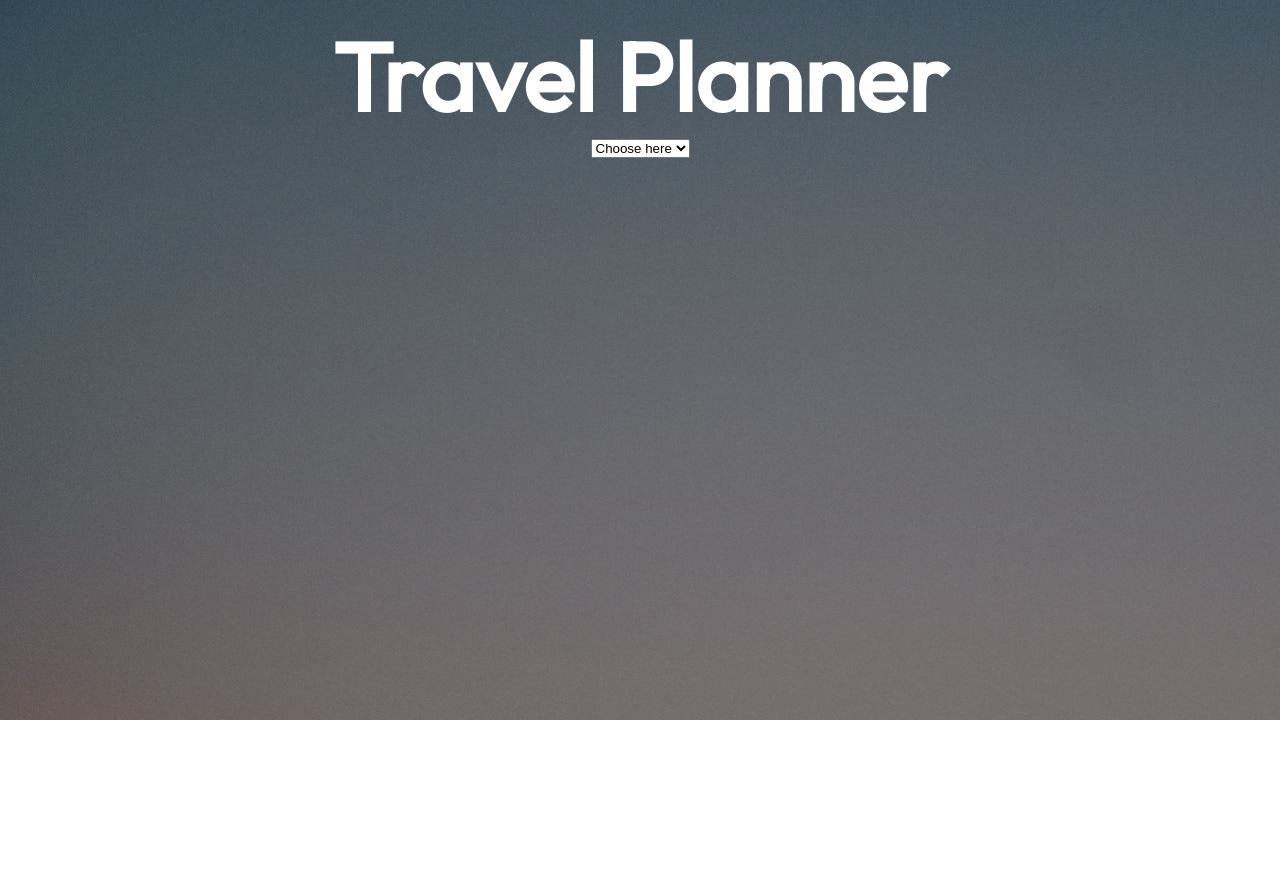
Repository: CPSC2720-LAB-GRP/Travel-Planner
Page: / (app in Travel Planner/client/)
These files come from the project's save history. The page is drawn as it stood at one moment and after the next save; the edit follows.
The browser window is 1280 px wide. The pictures show the whole page.
The page's requests for data from a server got no answer. The project was rebuilt for these pictures with package versions that can differ from the ones it lists, and the page was loaded fresh each time. No one was signed in, and anything a server would have sent is missing.

Above is the page before, as saved 2022-08-01 15:43:15.

### Travel Planner/client/src/index.css
@import url('https://fonts.googleapis.com/css2?family=Outfit&display=swap');


* {
  box-sizing: border-box;
  margin: 0;
  padding: 0;
}

body {
  margin: 0;
  font-family: 'Outfit', 'Segoe UI', 'Roboto', 'Oxygen',
    'Ubuntu', 'Cantarell', 'Fira Sans', 'Droid Sans', 'Helvetica Neue',
    sans-serif;
  -webkit-font-smoothing: antialiased;
  -moz-osx-font-smoothing: grayscale;
}

code {
  font-family: source-code-pro, Menlo, Monaco, Consolas, 'Courier New',
    monospace;
}

p {
    font-size: 1.6rem;
}

h1 {
    font-size: 6rem;
}



.app {
    width:100%;
    height: 100vh;
    position: relative;
    background-color: rgba(0, 0, 0, 0.4);
    color: #fff;
}

.app:before {
  content: '';
  background: url('./assets/picture.jpg');
  position: absolute;
  width: 100%;
  height: 100%;
  top: 0;
  left:0;
  z-index: -1;
}

.app .dropdown {
  text-align: center;
  padding: 1rem;
}

.app input {
  padding: .7rem 1.5rem;
  font-size: 1.2 rem;
  border-radius: 25px;
}

::placeholder {
  color: #f8f8f8;
}

.container {
  max-width: 700px;
  height: 700px;
  margin: auto;
  padding: 0 1rem;
  position: relative;
  top: 10%;
  display: flex;
  flex-direction: column;
  justify-content: space-between;
}

.app .top {
  width: 100%;
  margin: 1rem auto;
}

.app .bottom {
  display: flex;
  justify-content: space-evenly;
  text-align: center;
  width: 100%;
  margin: 1rem auto;
  padding: 1rem;
  border-radius: 12px;
  background-color: rgba(255, 255, 255, 0.2);
}

.bold {
  font-weight: 700;
}

### Travel Planner/client/src/App.js
import React, { useEffect, useState} from 'react'
import axios from 'axios'

function App() {

  //weather api
  let url = 'https://api.openweathermap.org/data/2.5/weather?q=toronto&appid=26fe08b75a89956ef8e86cf1e40c19a1&units=metric'

  //Location Data and setdata
  const [data, setData] = useState({})

  //location and set location
  const [location, setLocation] = useState(null)

  // get location from weather api
  const searchLocation = (event) => {
    axios.get(url).then((response) => {
      setData(response.data)
      console.log(response.data)
    })
    setLocation('')
  }

  //call backend API
  useEffect(() => {
    fetch("/api").then(
      response => response.json()
    ).then (
          data => {
            setCities(data.cities)
          }
    )
  }, [])

  //set backend data
  const [cities, setCities] = useState(null);

  //use state for dropdown
  const [value, setValue] = useState(null);

  //set city
  let foundCity = cities&&cities.find(e => e.id === parseInt(value));
 // url = 'https://api.openweathermap.org/data/2.5/weather?q=' + (foundCity.name) +'&appid=26fe08b75a89956ef8e86cf1e40c19a1&units=metric'

  if (foundCity != null) {
    console.log(foundCity.name);
    let test = 'https://api.openweathermap.org/data/2.5/weather?q=' + (foundCity.name) +'&appid=26fe08b75a89956ef8e86cf1e40c19a1&units=metric';
    console.log(test);
  }

  //handle change for dropdown and setting value and city descriptiion
  const handleChange = (e) => {
    setValue(e.target.value);

    searchLocation();
  };

  return (
    <div className="app">
            <div className="dropdown">
              <h1 >Travel Planner</h1>
          <select value={value} onChange={handleChange}>
          <option value="" selected disabled hidden>Choose here</option>
            {(!cities) ?(
            <p>Loading...</p>):
            (
                cities.map((cities, i) => (
                <option key={i} value={cities.id}>{cities.name}</option>
            ))
            )
          }
          </select>
          </div>
          <div className="weatherApp">
            <div className="container">
              <div className="top">
                  <div className="location">
                  <h2>{foundCity && foundCity.name}</h2>
                  </div>
              <div className="temp">
                  {data.main ? <h1>{data.main.temp}°C</h1> :null}
              </div>
              <div className="description">
              <p>{foundCity && foundCity.description}</p>
              </div>
            </div>

              {data.name != undefined &&
                              <div className="bottom">
                              <div className="feels">
                                {data.main ? <p className="bold">{data.main.feels_like}°C</p> : null}
                                  <p>Feels Like</p>
                              </div>
                              <div className="humidity">
                              {data.main ? <p className="bold">{data.main.humidity}%</p> : null}
                            <p>Humidity</p>
                              </div>
                              <div className="wind">
                              {data.main ? <p className="bold">{data.wind.speed}  KMH</p> : null}
                                <p>Wind Speed</p>
                              </div>
                          </div>
              }
            </div>
          </div>
    </div>

  );
}

export default App

Loaded but not shown: Travel Planner/client/public/index.html (common file); Travel Planner/client/src/index.js (common file); Travel Planner/client/src/reportWebVitals.js (common file)

After the next save:
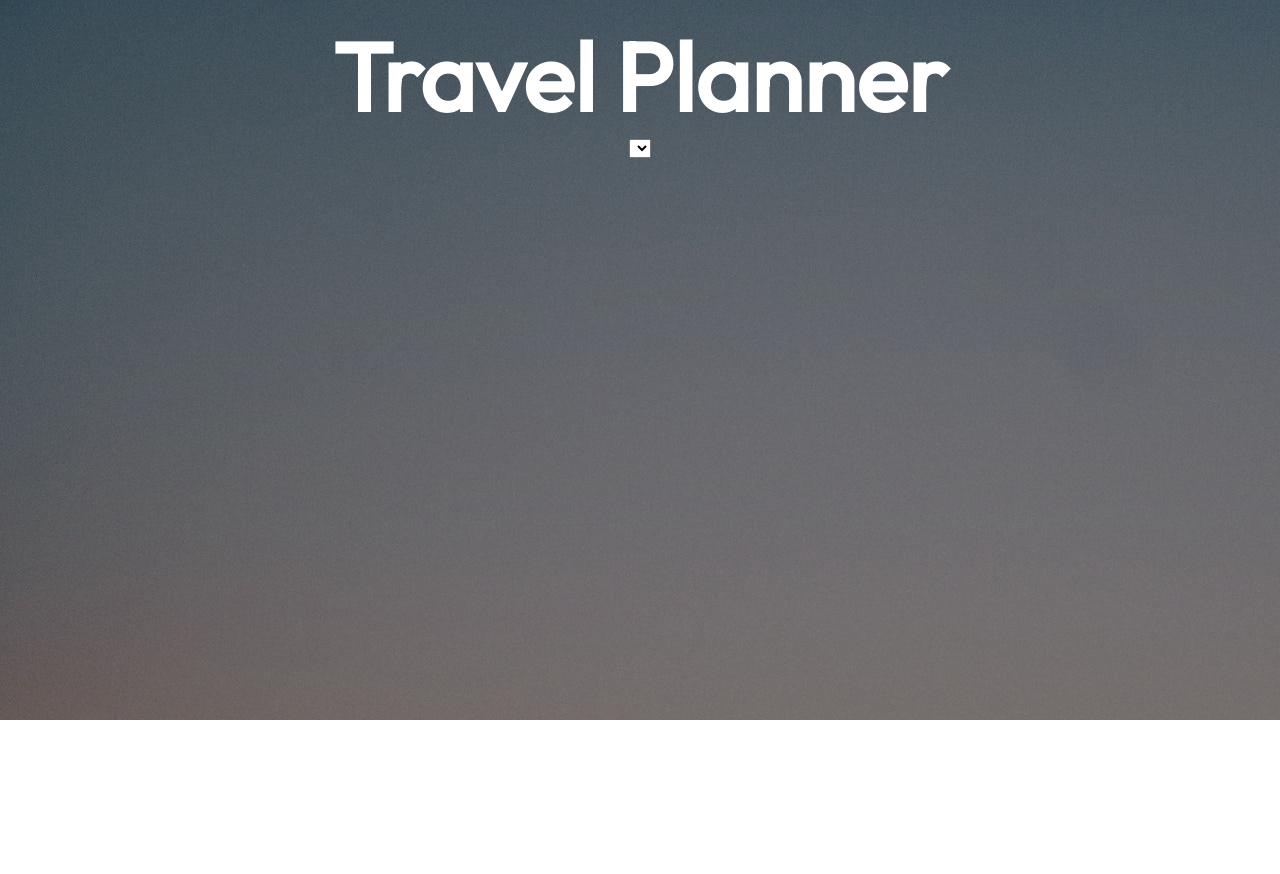
Saved 4 min 46 s later.
--- a/Travel Planner/client/src/App.js
+++ b/Travel Planner/client/src/App.js
@@ -59,8 +59,8 @@
     <div className="app">
             <div className="dropdown">
               <h1 >Travel Planner</h1>
-          <select value={value} onChange={handleChange}>
-          <option value="" selected disabled hidden>Choose here</option>
+          <select value={value} onChange={handleChange} placeholder='Enter Location'>
+
             {(!cities) ?(
             <p>Loading...</p>):
             (

After the save that followed:
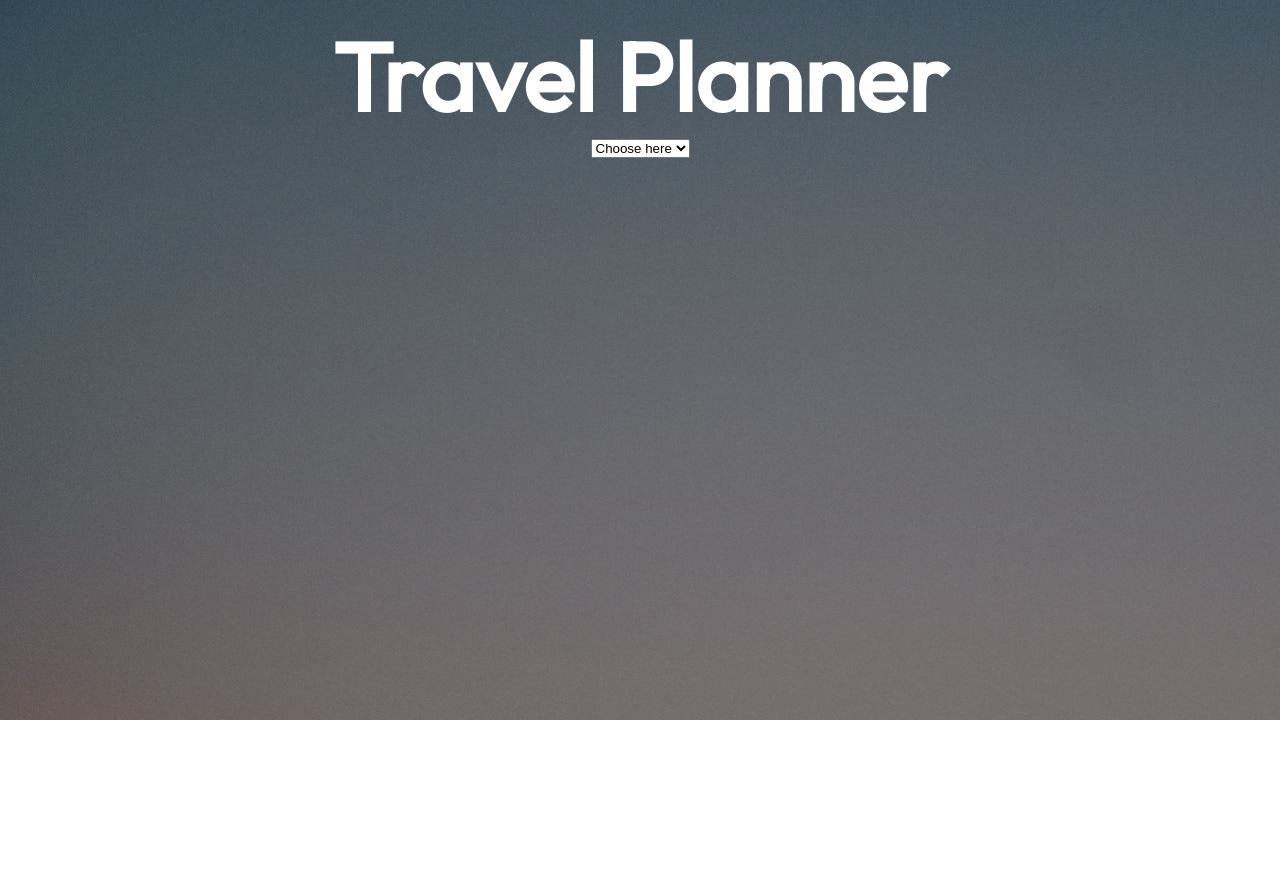
Saved 12 s later.
--- a/Travel Planner/client/src/App.js
+++ b/Travel Planner/client/src/App.js
@@ -59,8 +59,8 @@
     <div className="app">
             <div className="dropdown">
               <h1 >Travel Planner</h1>
-          <select value={value} onChange={handleChange} placeholder='Enter Location'>
-
+          <select value={value} onChange={handleChange}>
+          <option value="" selected disabled hidden>Choose here</option>
             {(!cities) ?(
             <p>Loading...</p>):
             (
